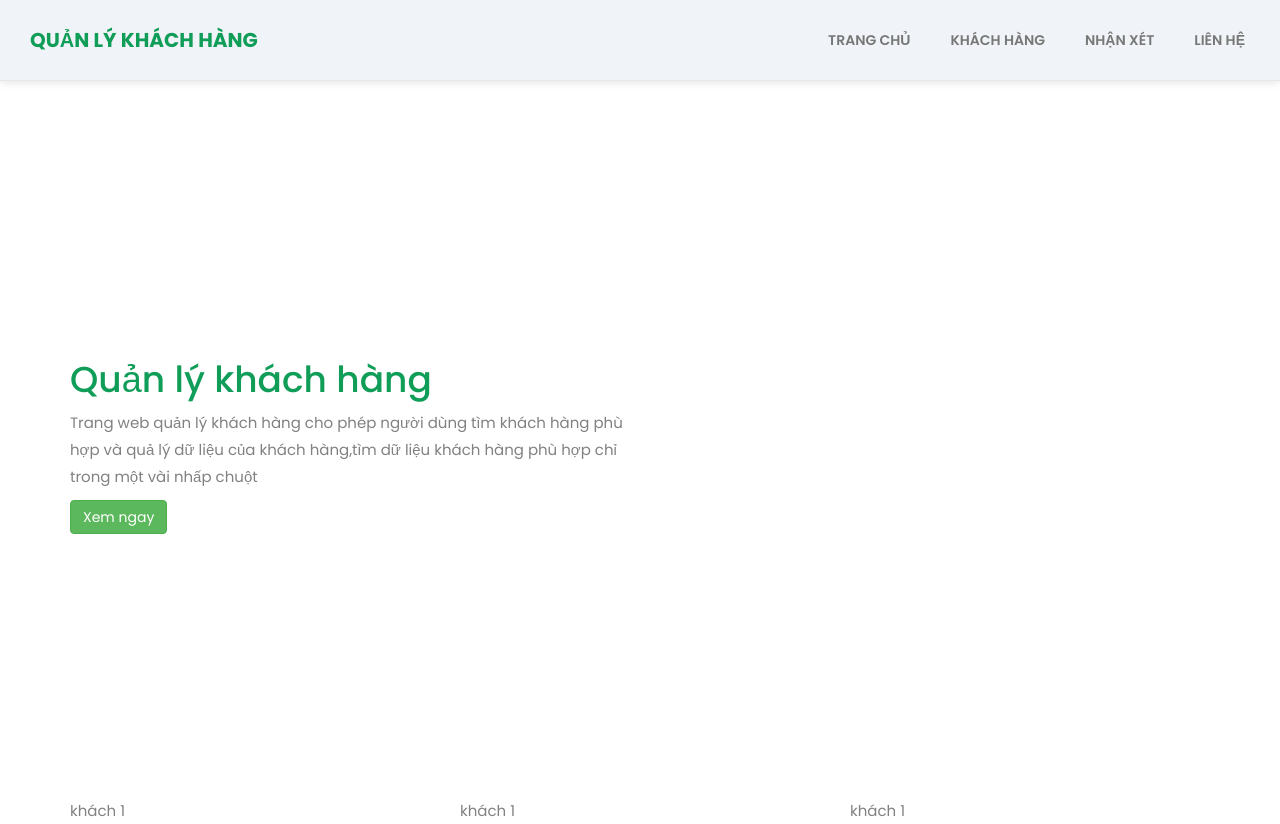
Repository: huutien1904/bt2-ltw
Page: index.html
These files come from the project's save history. The page is drawn as it stood at one moment and after the next save; the edit follows.
The browser window is 1280 px wide. The pictures show the whole page.

Above is the page before, as saved 2021-11-04 00:26:22.

After the next save:
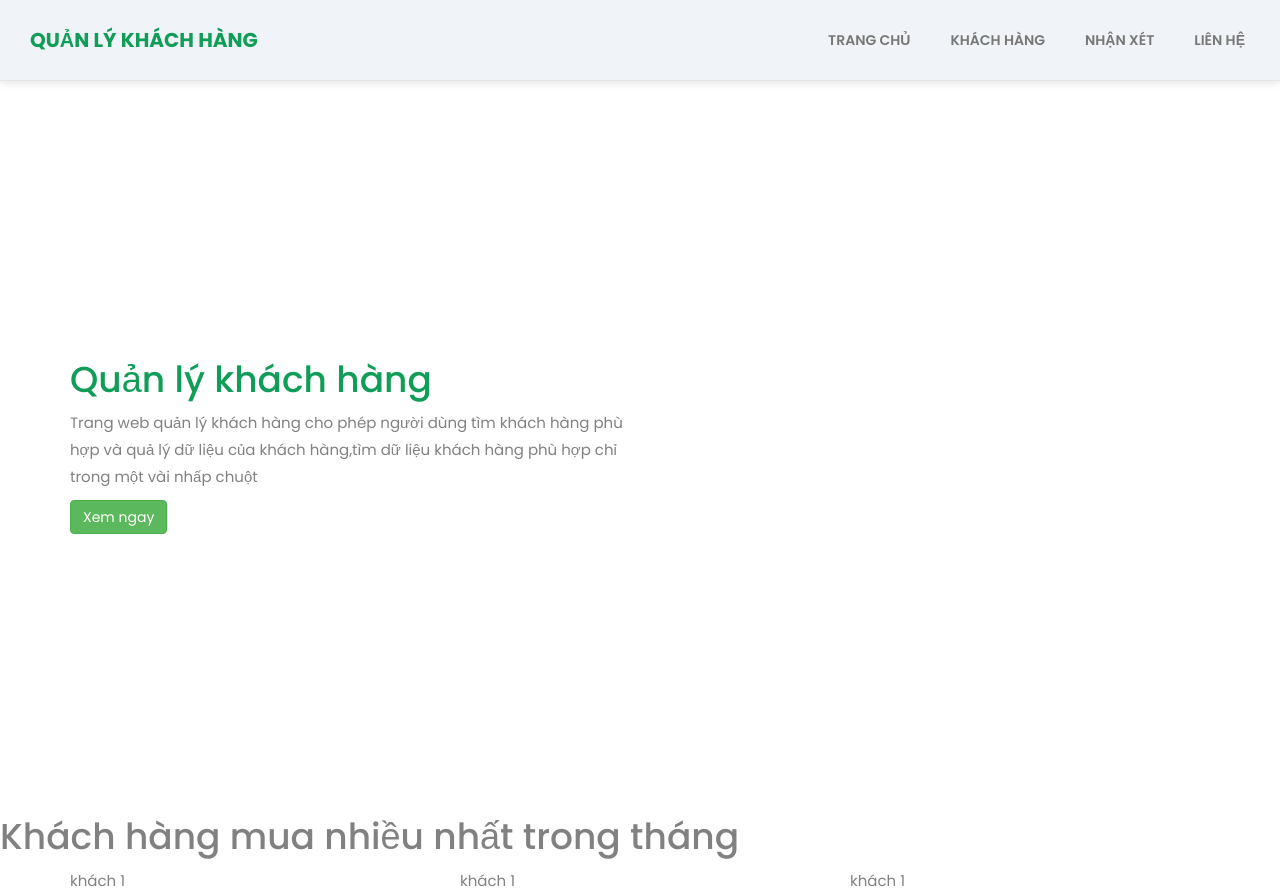
Saved 3 min 47 s later.
--- a/index.html
+++ b/index.html
@@ -65,6 +65,7 @@
 
   <!-- khách hàng -->
   <section id="customer">
+    <h1>Khách hàng mua nhiều nhất trong tháng</h1>
     <div class="container">
       <div class="row">
         <div class="col-md-4 col-sm-12">
